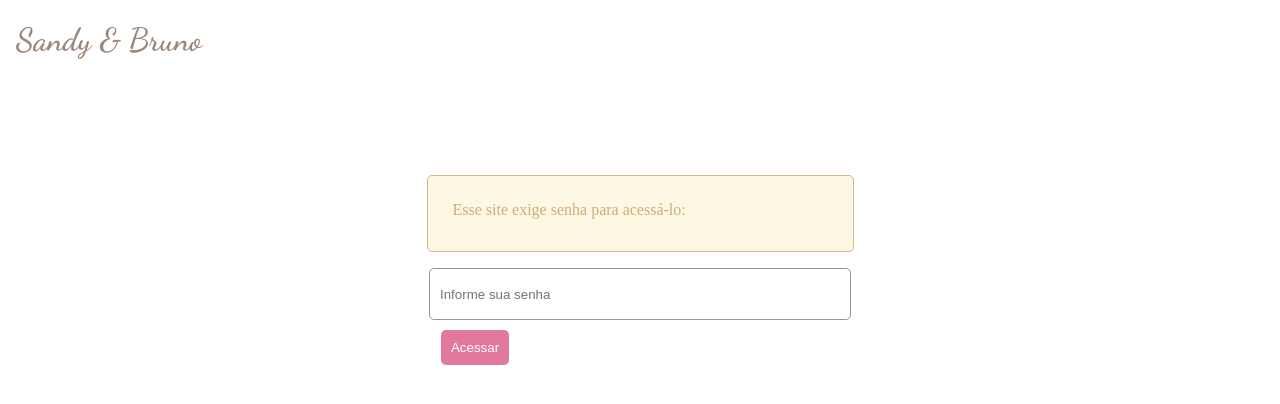
Repository: FerrazNathan/projetoBruno
Page: /login (app in projeto-bruno/)
An editor plug-in stored every save of this project. The page is shown before and after the next save, followed by the edit.
The browser window is 1280 px wide. The pictures show the whole page.
Some web fonts or font styles are not loaded; a fallback is used. The project was rebuilt for these pictures with package versions that can differ from the ones it lists, and the page was loaded fresh each time. The framework's server and built-in components were replaced by stand-ins that run in the browser. Also part of the build but not shown: projeto-bruno/next.config.js.

Above is the page before, as saved 2022-03-16 12:36:58.

After the next save:
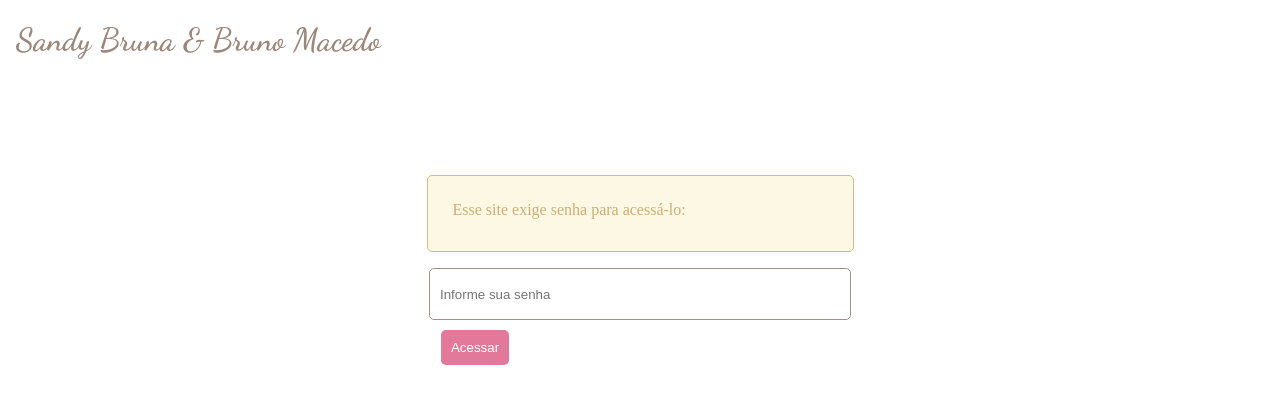
Saved 6 s later.
--- a/projeto-bruno/pages/login.js
+++ b/projeto-bruno/pages/login.js
@@ -12,7 +12,7 @@ export default function Login() {
       </Head>
       <S.Content>
         <S.Box>
-          <S.Title>Sandy & Bruno</S.Title>
+          <S.Title>Sandy Bruna & Bruno Macedo</S.Title>
         </S.Box>
         <Form />
       </S.Content>
